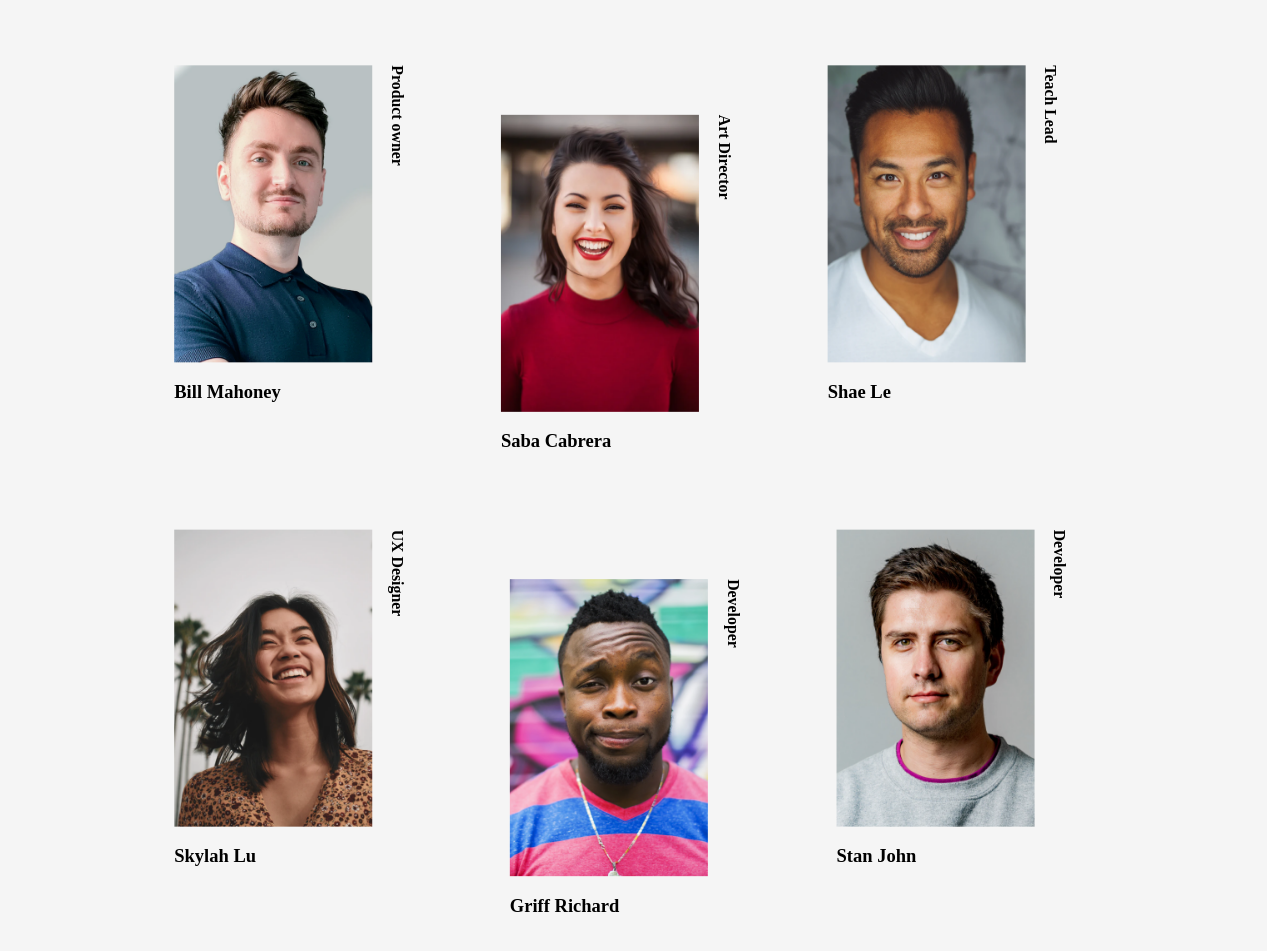
Repository: georgisenze/my-team-page-challeng
Page: index.html
The author's editor kept a copy of each file at every save. The page is drawn from the files as they stood at one save, then again after a run of saves.
The browser window is 1280 px wide. The pictures show the whole page, at 99% of full size.

Above is the page before, as saved 2023-02-22 22:29:56.

After the next 2 saves:
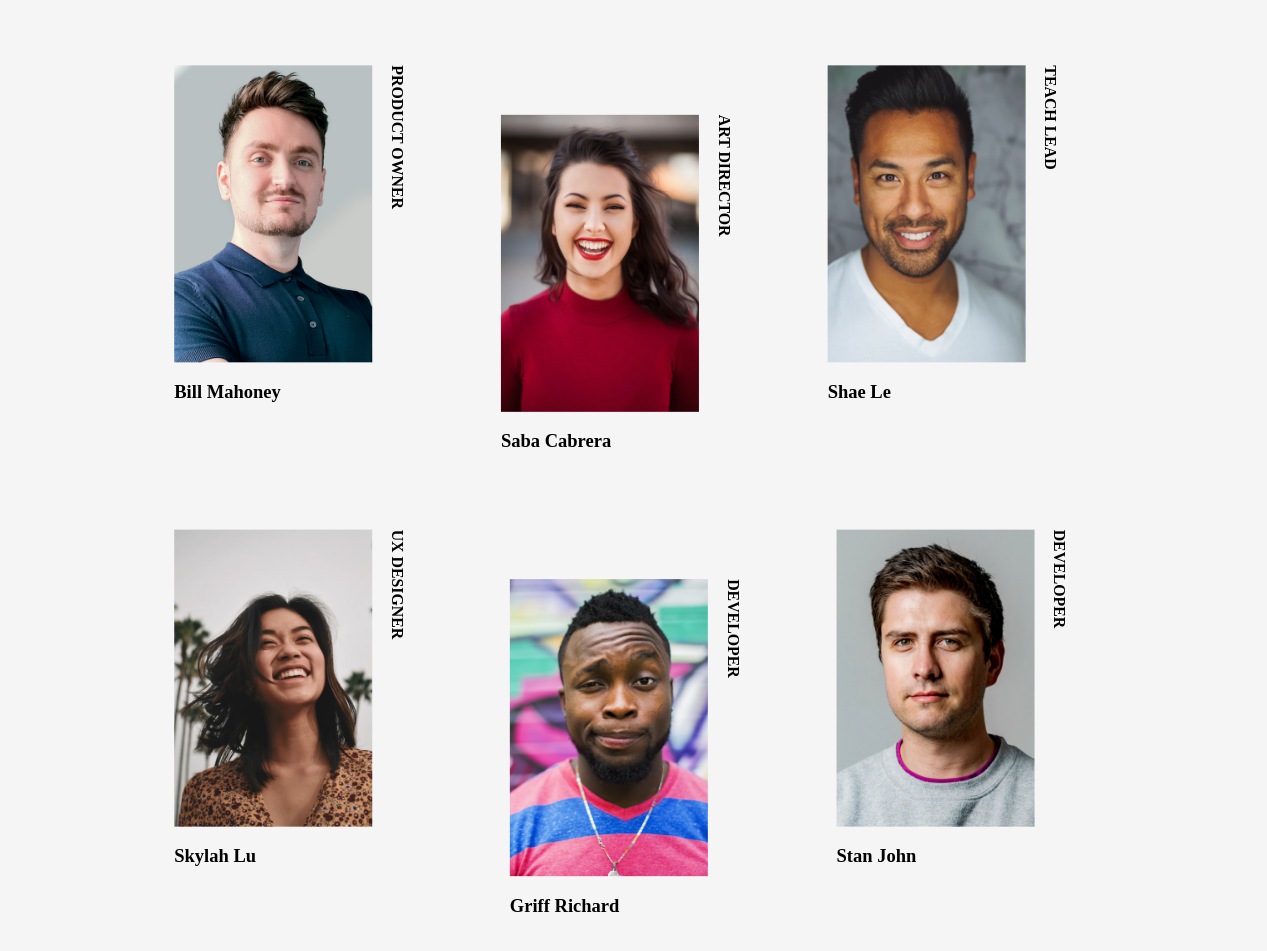
The 2 saves are shown as one change because they came seconds apart.
The last was saved 5 s later.
--- a/assets/css/style.css
+++ b/assets/css/style.css
@@ -35,7 +35,7 @@
     writing-mode: vertical-rl;
     text-orientation: mixed;
     font-weight: bold;
-    te
+    text-transform: uppercase;
   }
 
   label {
